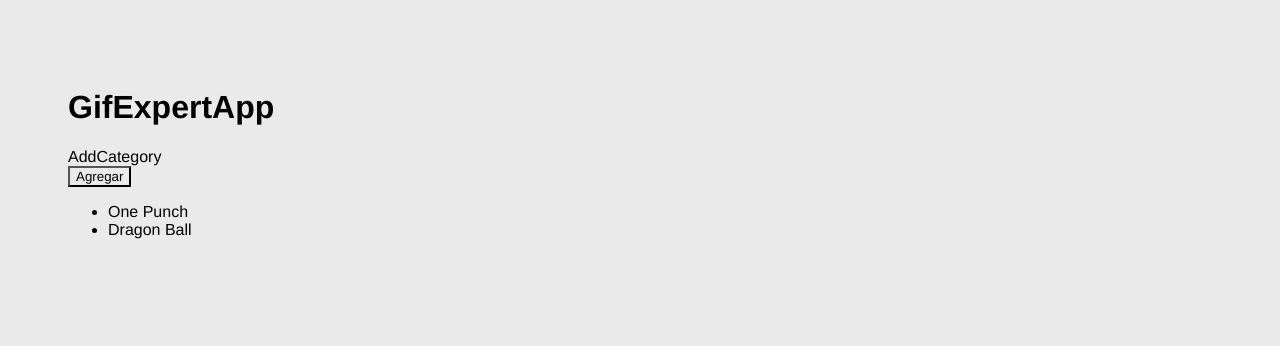
Repository: bryanesteban/gif-expert-app
Page: /
An editor plug-in stored every save of this project. The page is shown before and after the next save, followed by the edit.
The browser window is 1280 px wide. The pictures show the whole page.
The project was rebuilt for these pictures with package versions that can differ from the ones it lists, and the page was loaded fresh each time. Also part of the build but not shown: vite.config.js.

Above is the page before, as saved 2024-06-12 06:02:48.

After the next save:
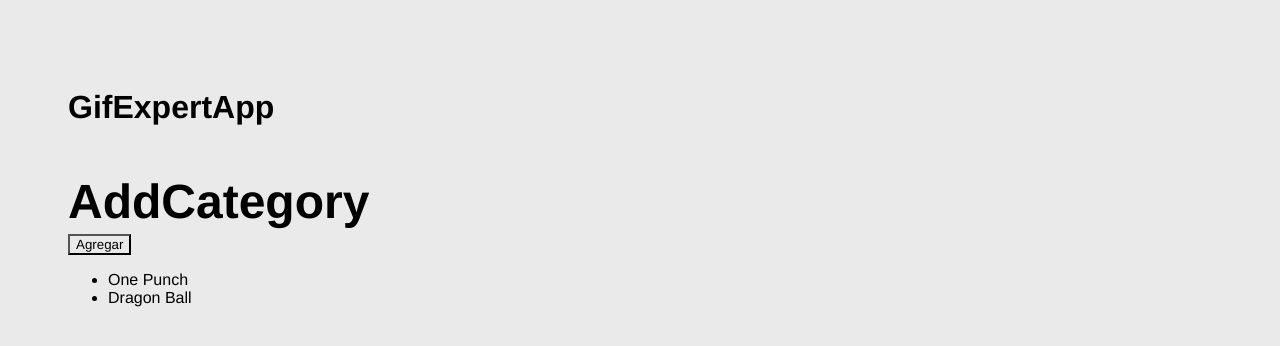
Saved 8 s later.
--- a/src/components/AddCategory.jsx
+++ b/src/components/AddCategory.jsx
@@ -2,6 +2,6 @@
 
 export  const AddCategory = () =>{
     return (
-        <div>AddCategory</div>
+        <h3>AddCategory</h3>
     )
 }
